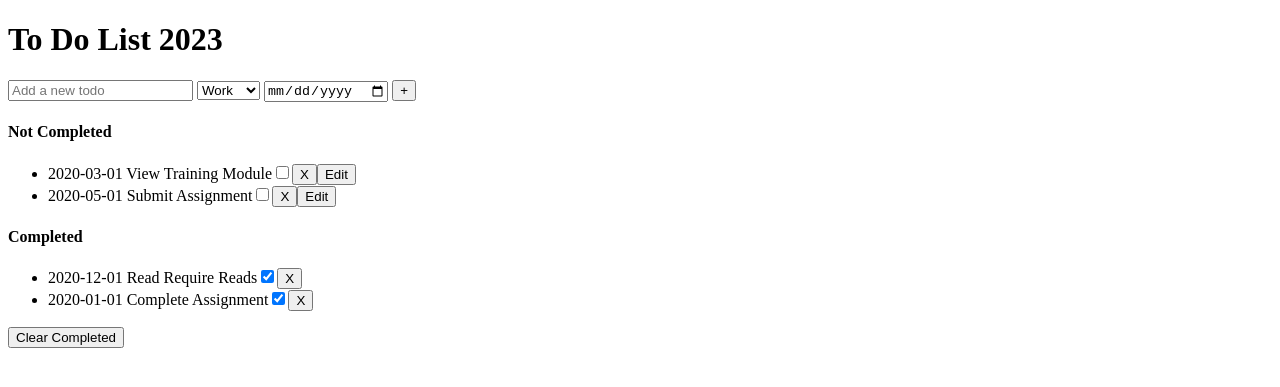
Repository: Kayla-amr/dgm3760
Page: index.html
An editor plug-in stored every save of this project. The page is shown before and after the next save, followed by the edit.
The browser window is 1280 px wide. The pictures show the whole page.

Above is the page before, as saved 2023-10-23 16:37:31.

After the next save:
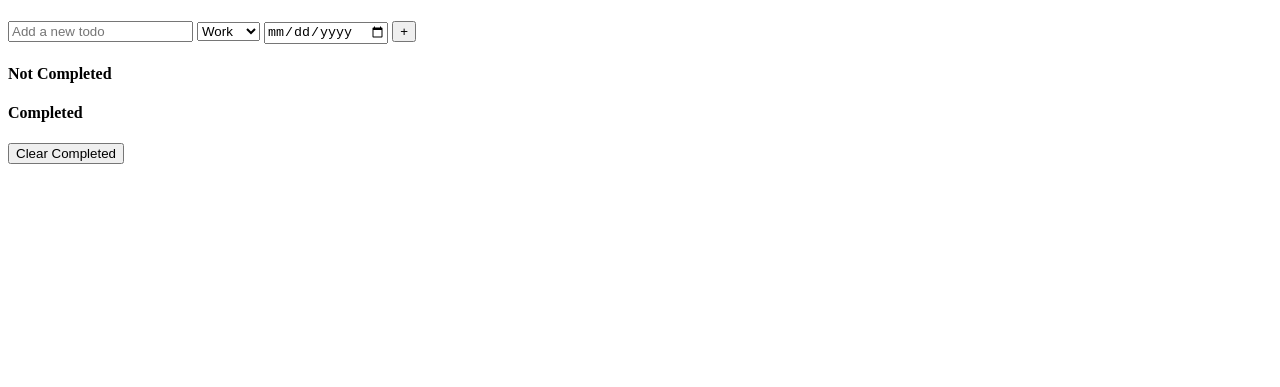
Console error: SyntaxError: Unexpected token 'function'
Saved 35 min 33 s later.
--- a/main.js
+++ b/main.js
@@ -128,6 +128,8 @@
 }
 taskView(todo); //CALLS VIEW FUNCTION
 
+function
+
 
 //ADD TODO ITEM FUNCTION
 function addTask(){

After the 3 saves that followed:
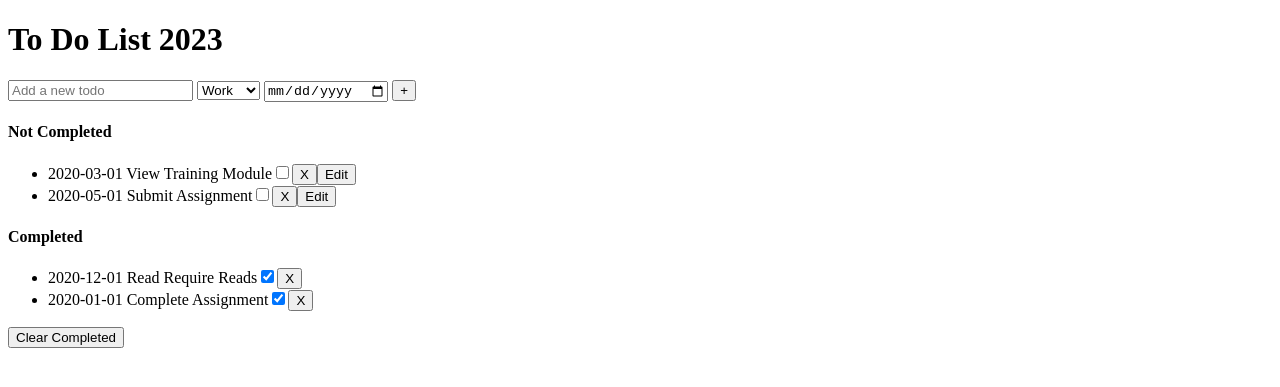
The error is gone.
The 3 saves are shown as one change because 1 left the picture as it was and some came seconds apart.
The last was saved 24 s later.
--- a/main.js
+++ b/main.js
@@ -128,7 +128,13 @@
 }
 taskView(todo); //CALLS VIEW FUNCTION
 
-function
+function categoryView(todo){
+    let categorySelected = document.querySelector('.categorySelected').value; //GETS CATEGORY SELECTED
+    let filteredList = todo.filter(function(todoItem){                         //FILTERS TODO LIST BY CATEGORY
+        return todoItem.category === categorySelected;
+    })
+    taskView(filteredList);                                                    //CALLS VIEW FUNCTION
+}
 
 
 //ADD TODO ITEM FUNCTION
